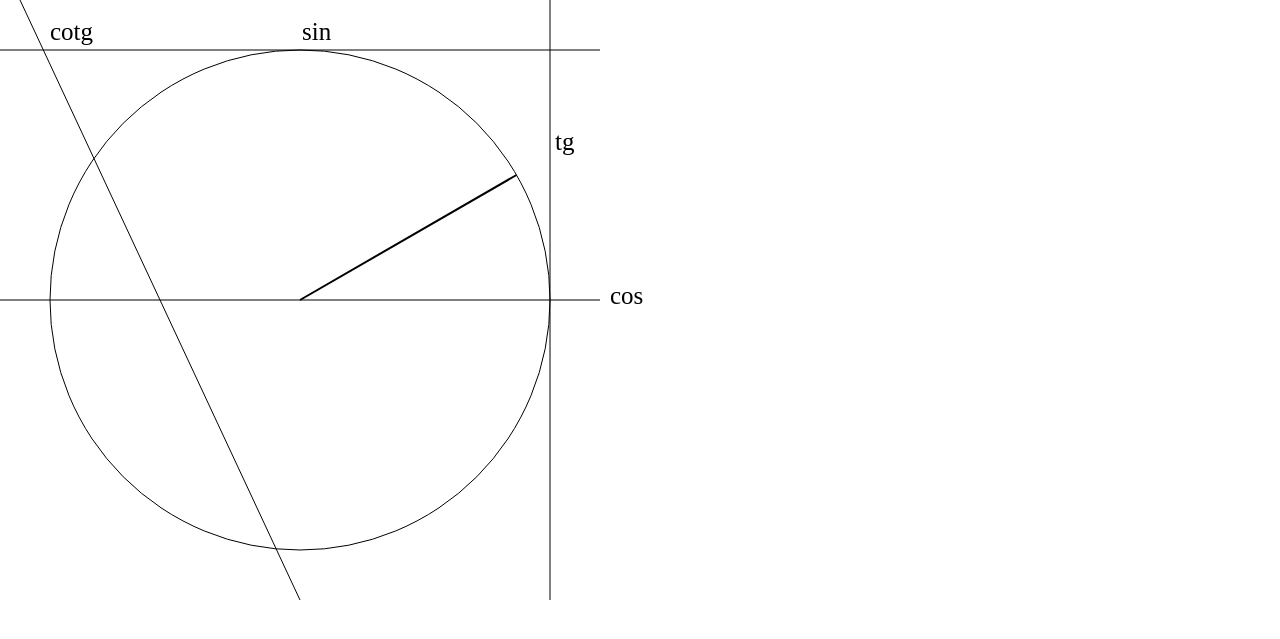
Repository: BraynStorm/braynstorm.github.io
Page: http://localhost/
The author's editor kept a copy of each file at every save. The page is drawn from the files as they stood at one save, then again after the next save.
The browser window is 1280 px wide. The pictures show the whole page.
The page is run by PHP 8.4 with error messages shown; the project is at /var/www/html/.

Above is the page before, as saved 2015-02-24 15:14:47.

### JSDrawing/index.php
<!DOCTYPE html>
<html>
	<head>
		<meta charset="UTF-8">
		<title>Insert title here</title>
		<link rel="stylesheet" type="text/css" href="main.css"/>
		<script type="text/javascript" src="js/jquery-2.1.3.min.js"></script>
		<script type="text/javascript" src="js/swgDrawing.js"></script>

	</head>
	<body>
		<div id="content">
			<svg width="1000" height="1000">
				<circle id="mainCircle" cx="300" cy="300" r="250" fill="none" stroke="black" />
				<line x1="300" y1="0" x2="300" y2="600" style="stroke:rgb(0,0,0);stroke-width:1;" id="sinLine" />
				<line x1="0" y1="300" x2="600" y2="300" style="stroke:rgb(0,0,0);stroke-width:1;" id="cosLine" />

				<line x1="550" y1="0" x2="550" y2="600" style="stroke:rgb(0,0,0);stroke-width:1;" id="tgLine" />
				<line x1="0" y1="50" x2="600" y2="50" style="stroke:rgb(0,0,0);stroke-width:1;" id="cotgLine" />

				<text x="610" y="304" style="font-size:25px;">cos</text>
				<text x="302" y="40" style="font-size:25px;">sin</text>
				<text x="555" y="150" style="font-size:25px;">tg</text>
				<text x="50" y="40" style="font-size:25px;">cotg</text>


				<!--  THE ANGLE -->

				<line id="angle" x1="300" y1="300" x2="0" y2="0" style="stroke:rgb(0,0,0);stroke-width:2;" />


			</svg>

			<input type="text" value="30" id="angleBox" />
		</div>
	</body>
</html>

### JSDrawing/main.css
@CHARSET "UTF-8";

body{
	background-color: #;
	padding: 0;
	margin: 0;
}

svg{
	margin-top: 0px;
}

#angleBox{
	position: fixed;
	bottom: 10px;
}

### JSDrawing/js/swgDrawing.js
$(document).ready(function (){
	var box = $("#angleBox");

	$('svg').css("width", window.innerWidth).css("height", window.innerHeight-10);
	$("#sinLine").attr("x1", 20);

	var angle = 0;
	var radius = 250;
	var x = radius*2+50;
	var y = radius+50;

	var animator;
	animateAngle();

	function animateAngle(){
		var toAngle = parseInt(box.val());

		if(angle-toAngle > 0){
			angle -= 1;
		}else if (angle-toAngle < 0){
			angle += 1;
		}else{

		}
		var radians = (Math.PI * 2) * (angle % 360) / 360 ;

		x = 300 + (Math.cos(radians) * radius);
		y = 300 - (Math.sin(radians) * radius);


		document.getElementById("angle").setAttributeNS(null, "x2", x);
		document.getElementById("angle").setAttributeNS(null, "y2", y);

		animator = setTimeout(animateAngle, 10/Math.abs(angle-toAngle));
	}

});

Loaded but not shown: JSDrawing/js/jquery-2.1.3.min.js (library)

After the next save:
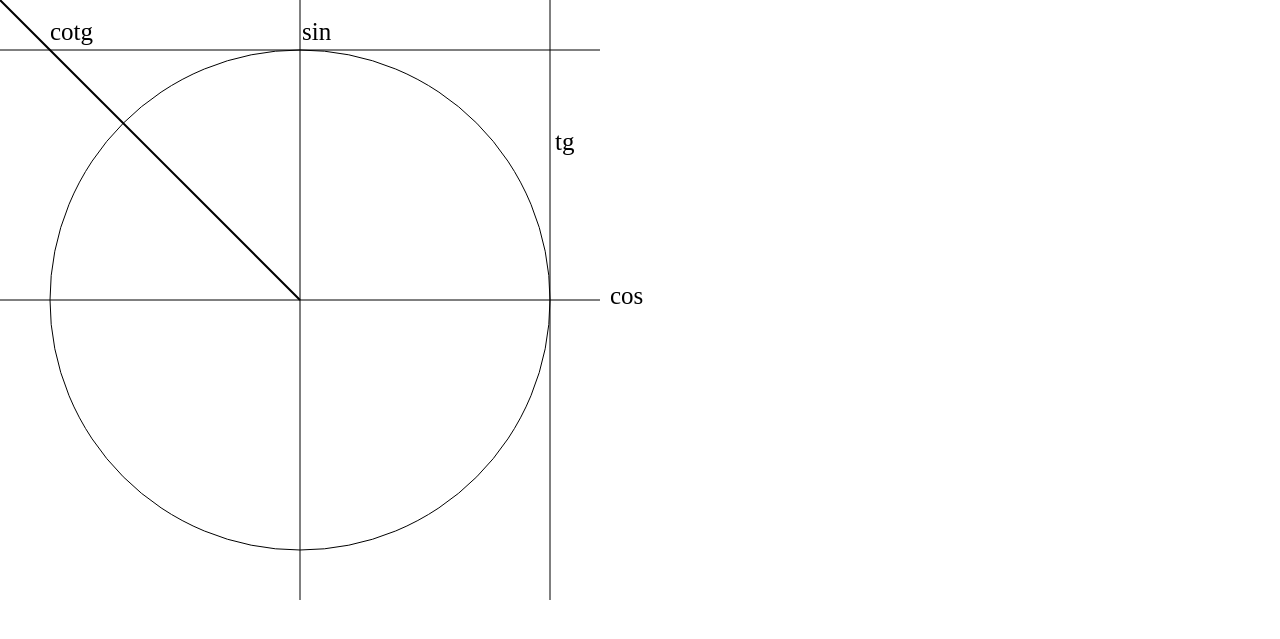
Saved 17 s later.
--- a/JSDrawing/js/swgDrawing.js
+++ b/JSDrawing/js/swgDrawing.js
@@ -2,7 +2,6 @@ $(document).ready(function (){
 	var box = $("#angleBox");
 
 	$('svg').css("width", window.innerWidth).css("height", window.innerHeight-10);
-	$("#sinLine").attr("x1", 20);
 
 	var angle = 0;
 	var radius = 250;
@@ -28,8 +27,8 @@ $(document).ready(function (){
 		y = 300 - (Math.sin(radians) * radius);
 
 
-		document.getElementById("angle").setAttributeNS(null, "x2", x);
-		document.getElementById("angle").setAttributeNS(null, "y2", y);
+		$("angle").attr("x2", x);
+		$("angle").attr("y2", y);
 
 		animator = setTimeout(animateAngle, 10/Math.abs(angle-toAngle));
 	}
